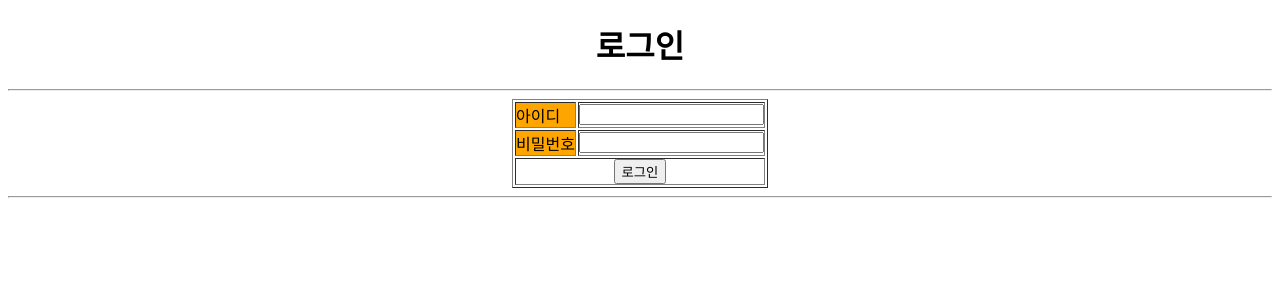
Repository: eunahpae/Spring_
Page: http://localhost/BoardWeb/login.jsp
An editor plug-in stored every save of this project. The page is shown before and after the next save, followed by the edit.
The browser window is 1280 px wide. The pictures show the whole page.
The page is served by Tomcat 9. Other server files are loaded and not shown.

Above is the page before, as saved 2024-07-11 06:00:59.

### BoardWeb/src/main/webapp/login.jsp
<%@ page language="java" contentType="text/html; charset=UTF-8"
	pageEncoding="UTF-8"%>
<!DOCTYPE html>
<html>
<head>
<meta charset="UTF-8">
<title>Insert title here</title>
</head>
<body>
	<center>
		<h1>로그인</h1>
		<hr>
		<form action="login_proc.jsp" method="post">
			<table border="1" cellpadding="0" cellspaacing="0">
				<tr>
					<td bgcolor="orange">아이디</td>
					<td><input type="text" name="id" /></td>
				</tr>
				<tr>
					<td bgcolor="orange">비밀번호</td>
					<td><input type="password" name="password" /></td>
				</tr>
				<tr>
					<td colspan="2" align="center"><input type="submit"	value="로그인" /></td>
				</tr>

			</table>
		</form>
	<hr>
	</center>
</body>
</html>

After the next save:
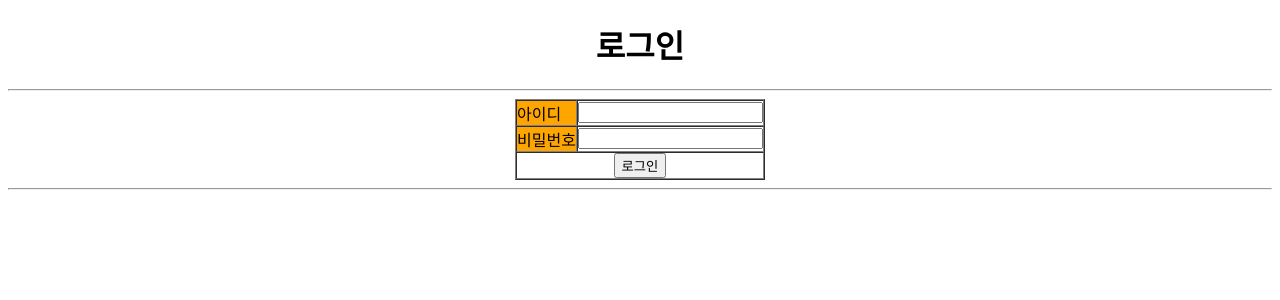
Saved 11 s later.
--- a/BoardWeb/src/main/webapp/login.jsp
+++ b/BoardWeb/src/main/webapp/login.jsp
@@ -11,7 +11,7 @@
 		<h1>로그인</h1>
 		<hr>
 		<form action="login_proc.jsp" method="post">
-			<table border="1" cellpadding="0" cellspaacing="0">
+			<table border="1" cellpadding="0" cellspacing="0">
 				<tr>
 					<td bgcolor="orange">아이디</td>
 					<td><input type="text" name="id" /></td>
